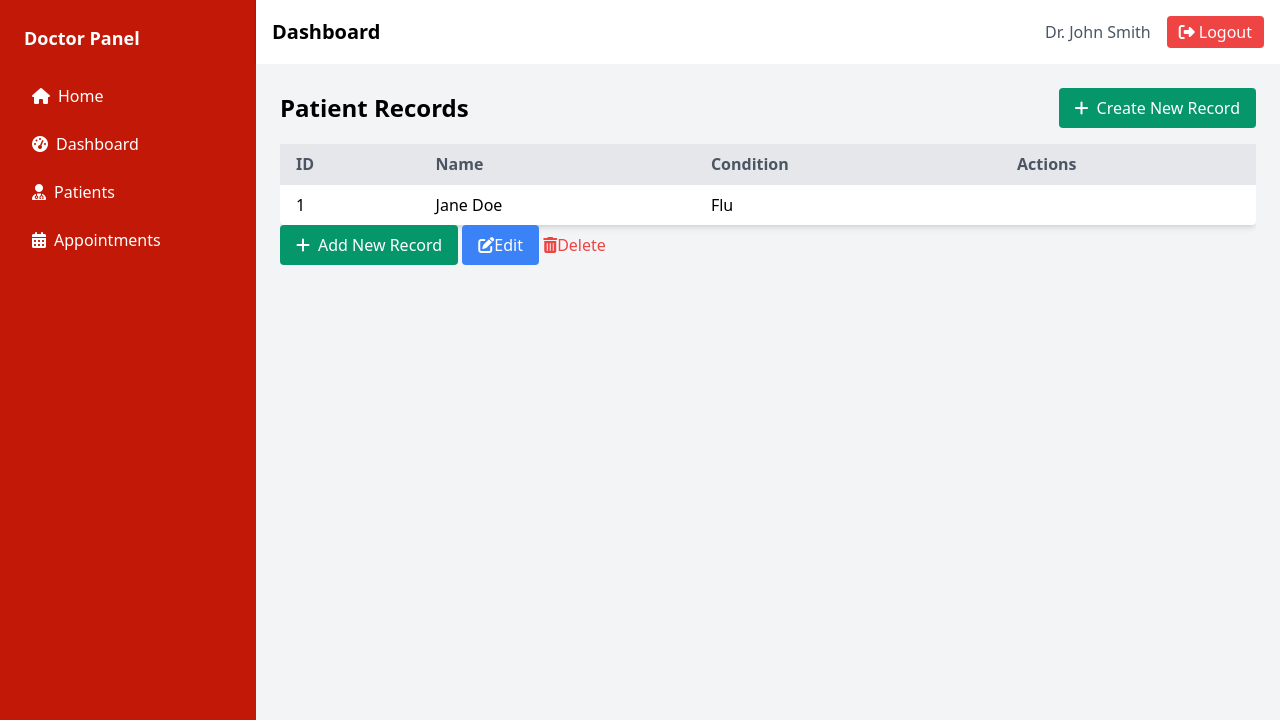
Repository: BinuriJ/HospitalSystem
Page: http://localhost/CyborgSys/DoctorDashboard.jsp
An editor plug-in stored every save of this project. The page is shown before and after the next save, followed by the edit.
The browser window is 1280 px wide. The pictures show the whole page.
Some web libraries are served in a nearby version. The page is served by Tomcat 9.

Above is the page before, as saved 2025-05-08 17:04:49.

After the next save:
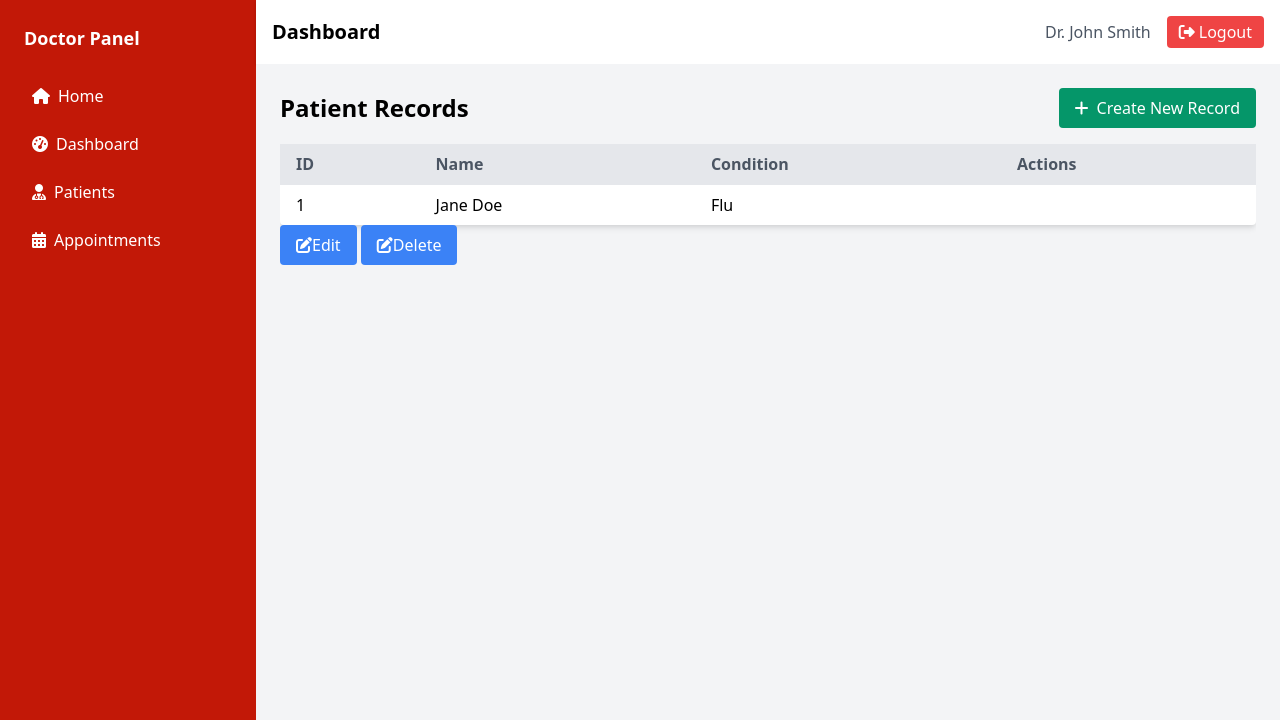
Saved 52 s later.
--- a/CyborgSys/WebContent/DoctorDashboard.jsp
+++ b/CyborgSys/WebContent/DoctorDashboard.jsp
@@ -71,15 +71,12 @@
               <!-- More rows as needed -->
             </tbody>
           </table>
-          <button class="bg-green-600 text-white px-4 py-2 rounded hover:bg-green-700" title="Create">
-            <i class="fas fa-plus mr-2"></i>Add New Record
-          </button>
           <button class="bg-blue-500 text-white px-4 py-2 rounded hover:bg-green-700" title="Edit">
                     <i class="fas fa-edit"></i>Edit
-                  </button>
-                  <button class="text-red-500 hover:text-red-700" title="Delete">
-                    <i class="fas fa-trash-alt"></i>Delete
-                  </button>
+           </button>
+           <button class="bg-blue-500 text-white px-4 py-2 rounded hover:bg-green-700" title="Delete">
+                    <i class="fas fa-edit"></i>Delete
+           </button>
         </div>
       </main>
     </div>
